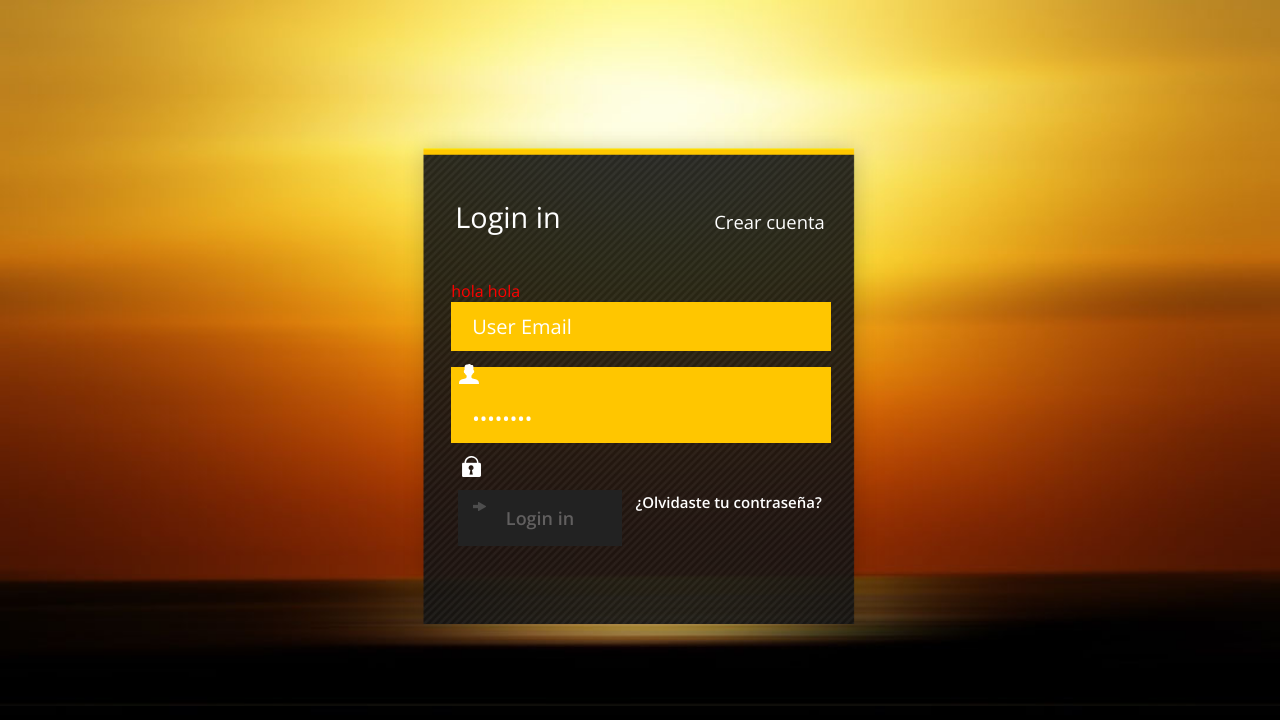
Repository: Mariangeles94/practica_gestion_usuarios
Page: http://localhost/Gestion/usuario/index.php
The author's editor kept a record of every edit. The page is drawn from the files as they stood at one moment, then again after the next edit.
The browser window is 1280 px wide. The pictures show the whole page.
Backgrounds fixed to the window are drawn as part of the page. The page is run by PHP 8.4 with error messages shown; the project is at /var/www/html/.

Above is the page before.

After the next edit:
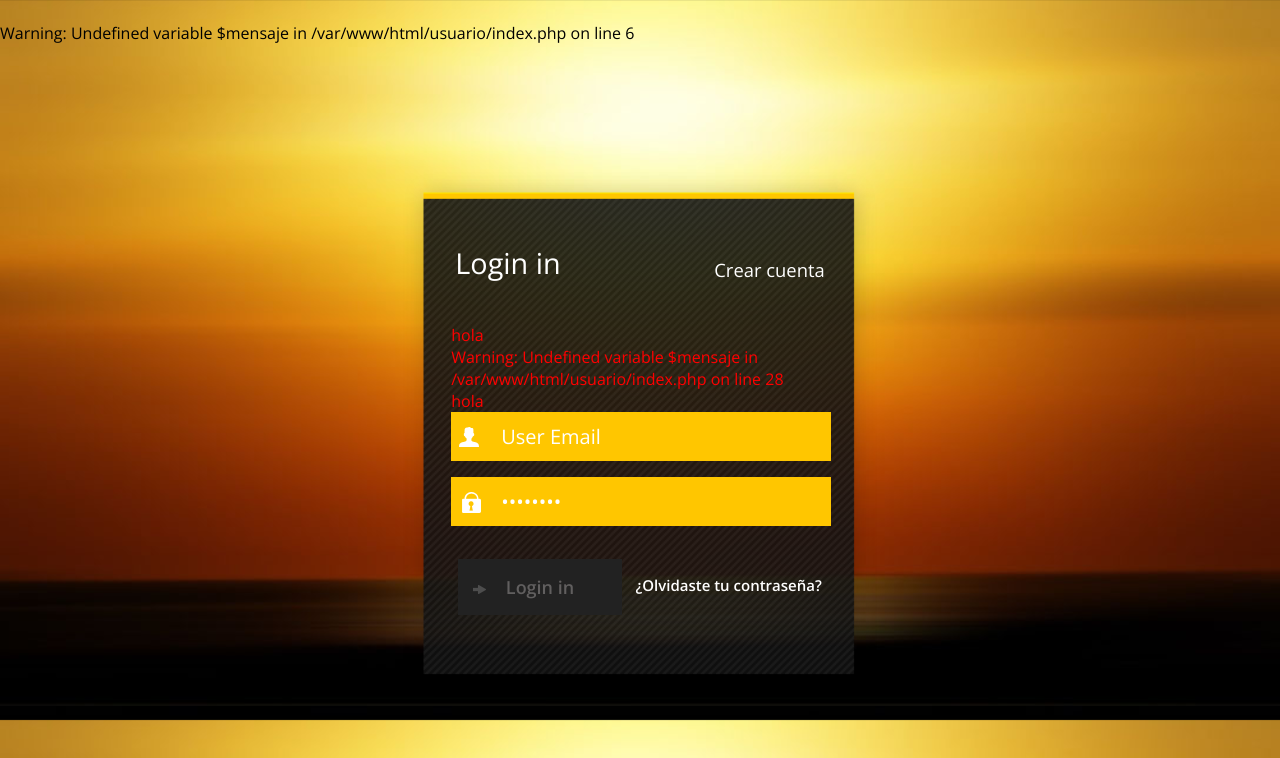
The edit:
--- a/usuario/index.php
+++ b/usuario/index.php
@@ -2,7 +2,7 @@
 require '../clases/AutoCarga.php';
 $sesion = new Session();
 $user = $sesion->get("email");
-$mensaje = Request::get("mensaje");
+$mens = Request::get("mensaje");
 echo $mensaje;
 ?>
 <!DOCTYPE html>
